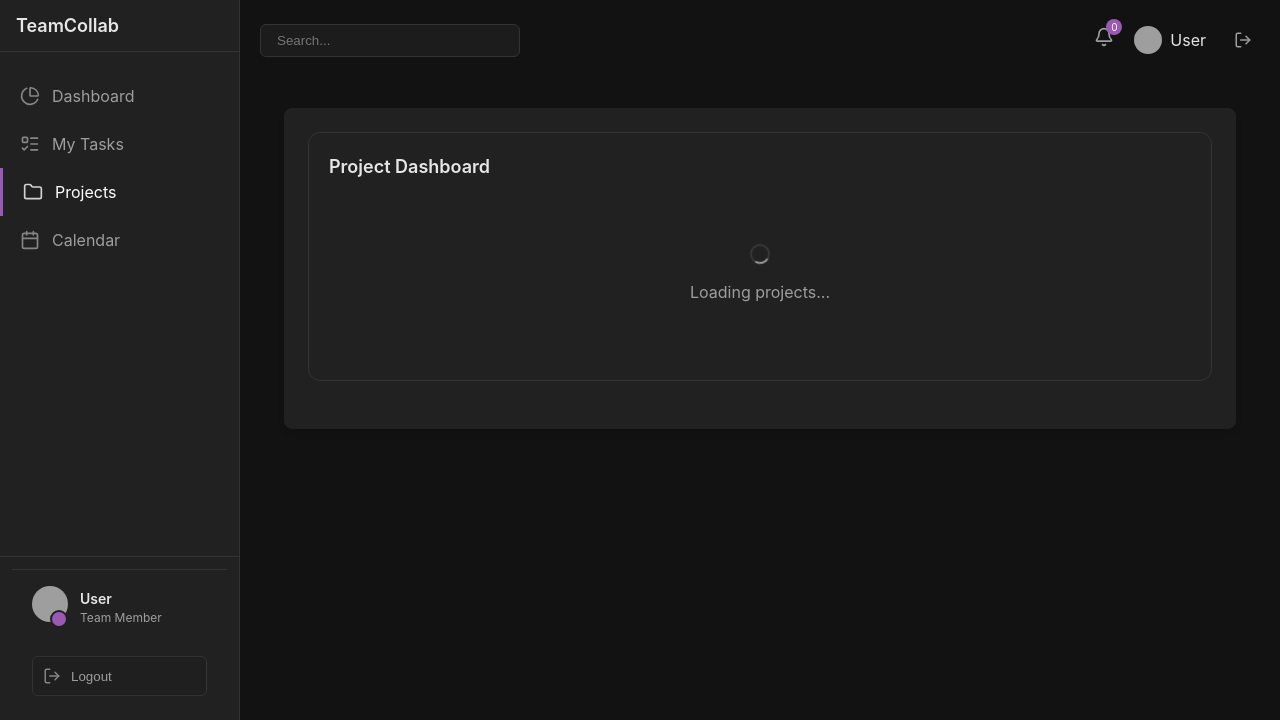
Repository: AnooshaaAli/TaskManagementAndTeamCollaborationTool
Page: /projects (app in frontend/)
The author's editor kept a copy of each file at every save. The page is drawn from the files as they stood at one save, then again after the next save.
The browser window is 1280 px wide. The pictures show the whole page.
Pictures or frames that could not be fetched are drawn as grey boxes. The page's requests for data from a server got no answer. The project was rebuilt for these pictures with package versions that can differ from the ones it lists, and the page was loaded fresh each time. No one was signed in, and anything a server would have sent is missing. Also part of the build but not shown: frontend/src/App.css, frontend/src/components/Button.jsx, frontend/src/components/Input.jsx, frontend/src/components/Rope.jsx, frontend/src/styles/logo.css, frontend/src/components/Logo.jsx, frontend/src/pages/LoginPage.jsx, frontend/src/pages/RegisterPage.jsx and 29 more.

Above is the page before, as saved 2025-04-27 23:43:54.

### frontend/src/pages/ProjectsPage.jsx
import React, { useState, useEffect } from 'react';
import { useNavigate } from 'react-router-dom';
import Card from '../components/Card';
import ProjectContainer from '../components/ProjectContainer';
import CalendarComponent from '../components/Calendar';
import "../styles/styles.css";
import "../styles/dashboard.css";
import "../styles/projects_container.css";
import "../styles/projects_page.css";
import { PieChart, ListTodo, Users, Folder, Calendar, Star, Bell, Activity, LogOut } from 'lucide-react';

const ProjectsPage = () => {
  const [userData, setUserData] = useState(null);
  const [loading, setLoading] = useState(true);
  const navigate = useNavigate();
  const [activeSidebarItem, setActiveSidebarItem] = useState('projects');

  useEffect(() => {
    const fetchUserData = async () => {
      try {
        const token = localStorage.getItem("jwtToken");
        const response = await fetch("http://localhost:8080/auth/user", {
          headers: { Authorization: `Bearer ${token}` }
        });
        const userData = await response.json();

        setTimeout(() => {
          setUserData(userData);
          setLoading(false);
        }, 500);
      } catch (error) {
        console.error("Error fetching user data:", error);
        setLoading(false);
      }
    };

    fetchUserData();
  }, []);

  const handleLogout = () => {
    localStorage.removeItem("jwtToken");
    window.location.href = "/login";
  };

  const handleNavigation = (path) => {
    navigate(path);
  };

  const navigateToCalendar = () => {
    setActiveSidebarItem('calendar');
  };

  if (loading) {
    return (
      <div className="dashboard-loading">
        <div className="loading-spinner"></div>
        <p>Loading your workspace...</p>
      </div>
    );
  }

  return (
    <div className="dashboard-container dark-theme">
      <div className="dashboard-sidebar">
        <div className="sidebar-header">
          <h2>TeamCollab</h2>
        </div>

        <nav className="sidebar-nav">
          <ul>
            <li
              className={activeSidebarItem === 'dashboard' ? 'active' : ''}
              onClick={() => setActiveSidebarItem('dashboard')}
              style={{ cursor: 'pointer' }}
            >
              <PieChart size={20} className="nav-icon" />
              <span>Dashboard</span>
            </li>
            <li
              className={activeSidebarItem === 'tasks' ? 'active' : ''}
              onClick={() => setActiveSidebarItem('tasks')}
              style={{ cursor: 'pointer' }}
            >
              <ListTodo size={20} className="nav-icon" />
              <span>My Tasks</span>
            </li>
            <li
              className={activeSidebarItem === 'projects' ? 'active' : ''}
              style={{ cursor: 'pointer' }}
            >
              <Folder size={20} className="nav-icon" />
              <span>Projects</span>
            </li>
            <li
              className={activeSidebarItem === 'calendar' ? 'active' : ''}
              onClick={navigateToCalendar}
              style={{ cursor: 'pointer' }}
            >
              <Calendar size={20} className="nav-icon" />
              <span>Calendar</span>
            </li>
          </ul>
        </nav>

        <div className="sidebar-footer">
          <div className="user-profile">
            <div className="avatar-container">
              <img src={userData?.avatar || "/default-avatar.png"} alt="Profile" className="avatar" />
              <div className="status-indicator online"></div>
            </div>
            <div className="user-info">
              <p className="user-name">{userData?.username || "User"}</p>
              <p className="user-role">{userData?.role || "Team Member"}</p>
            </div>
          </div>
          <button className="logout-button" onClick={handleLogout} aria-label="Logout">
            <LogOut size={18} className="logout-icon" />
            <span>Logout</span>
          </button>
        </div>
      </div>

      {/* Main Content */}
      <div className="dashboard-main">
        {/* Header */}
        <header className="dashboard-header">
          <div className="header-search">
            <input type="text" placeholder="Search..." />
          </div>
          <div className="header-actions">
            <div className="notification-bell">
              <Bell size={20} />
              <span className="notification-count">0</span>
            </div>
            <div className="user-dropdown">
              <img src={userData?.avatar || "/default-avatar.png"} alt="Profile" className="avatar-small" />
              <span>{userData?.username || "User"}</span>
            </div>
            <button className="header-logout-button" onClick={handleLogout}>
              <LogOut size={18} />
            </button>
          </div>
        </header>

        {/* Projects Page Content */}
        <div className="projects-page-content">
          <div className="projects-content">
            <Card className="projects-card full-width">
              <div className="project-container-wrapper">
                <ProjectContainer userID={userData?.userID} />
              </div>
            </Card>
          </div>
        </div>

        {activeSidebarItem === 'calendar' && (
          <Card className="calendar-card">
            <div className="card-header">
              <h3>Calendar</h3>
            </div>
            <CalendarComponent />
          </Card>
        )}

      </div>
    </div>
  );
};

export default ProjectsPage;

### frontend/src/components/Card.jsx
// Card.jsx
import React from 'react';
import "../styles/styles.css";

const Card = ({ children, className = "" }) => {
  return (
    <div className={`card ${className}`}>
      {children}
    </div>
  );
};

export default Card;

### frontend/src/styles/styles.css
/* Base styles */
:root {
    --bg-primary: #121418;
    --bg-card: #1E2126;
    --bg-input: #2C3038;
    --text-primary: #D1D5DB;
    --text-secondary: #9CA3AF;
    --border-color: #4B5563;
    --primary-color: #9b59b6;
    --primary-hover: #a66bbe;
    --danger-color: #EF4444;
    --danger-hover: #DC2626;
    --link-color: #60A5FA;
    --focus-ring: #3B82F6;
  }

  * {
    box-sizing: border-box;
    margin: 0;
    padding: 0;
  }

  body {
    font-family: 'Inter', system-ui, -apple-system, BlinkMacSystemFont, 'Segoe UI', Roboto, sans-serif;
    background-color: var(--bg-primary);
    color: var(--text-primary);
    line-height: 1.5;
  }

  /* Button component styles */
  .btn {
    padding: 8px 16px;
    border-radius: 4px;
    font-weight: 500;
    cursor: pointer;
    border: none;
    transition: background-color 0.2s;
  }

  .btn-primary {
    background-color: var(--btn-primary-color);
    color: white;
  }

  .btn-primary:hover {
    background-color: var(--btn-primary-hover);
  }

  .btn-secondary {
    background-color: var(--bg-input);
    color: white;
  }

  .btn-secondary:hover {
    background-color: var(--border-color);
  }

  .btn-danger {
    background-color: var(--danger-color);
    color: white;
  }

  .btn-danger:hover {
    background-color: var(--danger-hover);
  }

  .btn-delete {
    color: var(--danger-color, #ef4444); /* red-500 */
    border: 1px solid var(--border-color);
    display: flex;
    align-items: center;
    justify-content: center;
    position: relative;
    font-size: 0.75rem;
    background-color: transparent;
    padding-top: 0.25rem;
    border-radius: 1rem;
  }

  .btn-delete:hover {
    background-color: rgba(239, 68, 68, 0.1);
  }

  .btn-add-task {
    color: white;
    border: 1px solid var(--border-color);
    display: flex;
    align-items: center;
    justify-content: center;
    position: relative;
    font-size: 0.75rem;
    background-color: var(--btn-primary-color);
    padding-top: 0.25rem;
  }

  .btn-add-task:hover {
    background-color: var(--btn-primary-hover);
  }

  .btn-add-list{
    color: white;
    border: 1px solid var(--border-color);
    display: flex;
    align-items: center;
    justify-content: center;
    position: relative;
    font-size: 0.75rem;
    background-color: var(--btn-primary-color);
  }

  .btn-add-list:hover {
    background-color: var(--btn-primary-hover);
  }

  .btn-transparent {
    background-color: transparent;
    color: var(--text-secondary);
    border: 1px solid var(--border-color);
  }

  .btn-transparent:hover {
    background-color: var(--bg-input);
  }

  .btn-full-width {
    width: 100%;
  }

  /* Card component styles */
  .card {
    background-color: var(--bg-card);
    border-radius: 8px;
    box-shadow: 0 4px 6px rgba(0, 0, 0, 0.1);
    padding: 24px;
  }

  /* Input component styles */
  .form-group {
    margin-bottom: 16px;
  }

  .form-label {
    display: block;
    color: var(--text-primary);
    margin-bottom: 8px;
  }

  .form-input {
    width: 100%;
    background-color: var(--bg-input);
    color: white;
    border: 1px solid var(--border-color);
    border-radius: 4px;
    padding: 8px 12px;
    font-size: 16px;
  }

  .form-input:focus {
    outline: none;
    border-color: transparent;
    box-shadow: 0 0 0 2px var(--focus-ring);
  }

  .error-text {
    color: var(--danger-color);
    font-size: 14px;
    margin-top: 4px;
  }

  .required {
    color: var(--danger-color);
  }

  /* Register page styles */
  .register-container {
    min-height: 100vh;
    display: flex;
    align-items: center;
    justify-content: center;
    padding: 16px;
  }

  .register-wrapper {
    margin-top: 50px;
    max-width: 450px;
    width: 100%;
    position: relative;
    z-index: 5;
  }

  .register-header {
    text-align: center;
    margin-bottom: 32px;
  }

  .register-title {
    font-size: 24px;
    font-weight: bold;
    color: white;
    margin-top: 24px;
    margin-bottom: 8px;
  }

  .register-subtitle {
    color: var(--text-secondary);
  }

  .form-footer {
    margin-top: 16px;
    text-align: center;
    color: var(--text-secondary);
  }

  .form-link {
    color: var(--link-color);
    text-decoration: none;
  }

  .form-link:hover {
    text-decoration: underline;
  }

  .logo-container {
    display: flex;
    flex-direction: column;
    align-items: center;
    justify-content: center;
    width: 100%;
    height: 15%;
    position: absolute;
    top: 15px;
    left: 50%;
    transform: translateX(-50%);
    z-index: 10;
  }

  /* Calendar Styles */
.calendar-card {
  width: 100%;
  margin-top: 20px;
}

.calendar-container {
  width: 100%;
  padding: 15px;
  background-color: var(--card-bg);
  border-radius: 8px;
}

.calendar-header {
  display: flex;
  justify-content: space-between;
  align-items: center;
  margin-bottom: 20px;
}

.calendar-header h2 {
  font-size: 18px;
  font-weight: 600;
  color: var(--text-primary);
  margin: 0;
}

.calendar-nav-btn {
  background: var(--button-bg);
  color: var(--text-primary);
  border: 1px solid var(--border-color);
  border-radius: 4px;
  width: 30px;
  height: 30px;
  display: flex;
  align-items: center;
  justify-content: center;
  cursor: pointer;
  transition: all 0.2s ease;
}

.calendar-nav-btn:hover {
  background: var(--button-hover-bg);
}

.calendar-grid {
  width: 100%;
}

.calendar-days-header {
  display: grid;
  grid-template-columns: repeat(7, 1fr);
  gap: 2px;
  margin-bottom: 10px;
}

.calendar-day-name {
  text-align: center;
  font-size: 14px;
  font-weight: 500;
  color: var(--text-secondary);
  padding: 8px 0;
}

.calendar-days {
  display: grid;
  grid-template-columns: repeat(7, 1fr);
  gap: 2px;
}

.calendar-day {
  aspect-ratio: 1/1;
  display: flex;
  align-items: center;
  justify-content: center;
  font-size: 14px;
  border: 1px solid var(--border-color);
  border-radius: 4px;
  color: var(--text-primary);
  cursor: pointer;
  transition: all 0.2s ease;
}

.calendar-day:hover:not(.empty-day) {
  background-color: var(--hover-bg);
}

.calendar-day.empty-day {
  background-color: var(--disabled-bg);
  border: 1px solid var(--border-color-light);
  cursor: default;
}

.calendar-day.today {
  background-color: var(--primary-color-light);
  color: var(--primary-color);
  font-weight: 600;
  border: 2px solid var(--primary-color);
}

/* Responsive styles */
@media (max-width: 768px) {
  .calendar-day-name {
    font-size: 12px;
  }

  .calendar-day {
    font-size: 12px;
  }

  .calendar-header h2 {
    font-size: 16px;
  }
}

/* Events styling - for future enhancement */
.calendar-day .event-dot {
  width: 6px;
  height: 6px;
  background-color: var(--primary-color);
  border-radius: 50%;
  position: absolute;
  bottom: 4px;
}

### frontend/src/components/ProjectContainer.jsx
import React, { useState, useEffect } from "react";
import ProjectPreview from "./ProjectPreview.jsx";
import Project from "./Project.jsx";
import CreateProject from "./CreateProject.jsx";
import { FolderPlus, ListFilter, ArrowLeft } from 'lucide-react';

const ProjectContainer = ({ userID }) => {
    const [projects, setProjects] = useState([]);
    const [selectedProject, setSelectedProject] = useState(null);
    const [isLoading, setIsLoading] = useState(true);
    const [filter, setFilter] = useState("all");

    useEffect(() => {
        if (!userID) return;
        fetchProjects();
    }, [userID]);

    const fetchProjects = () => {
        setIsLoading(true);
        const token = localStorage.getItem("jwtToken");
        console.log("user id: " + userID)

        fetch("http://localhost:8080/projects/user/" + userID, {
            method: "GET",
            headers: {
                "Authorization": `Bearer ${token}`,
                "Content-Type": "application/json"
            }
        })
            .then(async response => {
                if (!response.ok) {
                    throw new Error(`HTTP error! Status: ${response.status}`);
                }

                const text = await response.text();
                const data = text ? JSON.parse(text) : {};

                console.log("Fetched projects:", data);
                setProjects(Object.values(data));
                setIsLoading(false);
            })
            .catch(error => {
                console.error("Error fetching projects:", error);
                setIsLoading(false);
            });
    };

    const addProject = (newProject) => {
        setProjects(prev => [...prev, newProject]);
    };

    const handleBackToProjects = () => {
        setSelectedProject(null);
        fetchProjects();
    };

    const filteredProjects = projects;

    return (
        <div data-testid="project-container" className="projects-container">
            <div className="card-header">
                <h3>Project Dashboard</h3>
            </div>

            {selectedProject ? (
                <div>
                    <button
                        className="back-button"
                        onClick={handleBackToProjects}
                    >
                        <ArrowLeft size={16} />
                        <span>Back to Projects</span>
                    </button>
                    <Project id={selectedProject} />
                </div>
            ) : (
                <div>
                    {isLoading ? (
                        <div className="empty-state">
                            <div className="loading-spinner"></div>
                            <p>Loading projects...</p>
                        </div>
                    ) : projects.length === 0 ? (
                        <div className="empty-state">
                            <CreateProject userID={userID} onProjectCreated={addProject} />
                        </div>
                    ) : (
                        <div className="projects-grid">
                            {filteredProjects.map((project) => (
                                <ProjectPreview
                                    key={project.projectID}
                                    id={project.projectID}
                                    name={project.name}
                                    onSelect={setSelectedProject}
                                    description={project.description}
                                />
                            ))}
                            <CreateProject userID={userID} onProjectCreated={addProject} />
                        </div>
                    )}
                </div>
            )}
        </div>
    );
};

export default ProjectContainer;

### frontend/src/styles/projects_page.css
.projects-page-content {
    padding: 1.5rem;
  }

  .page-header {
    display: flex;
    justify-content: space-between;
    align-items: center;
    margin-bottom: 1.5rem;
  }

  .projects-content {
    display: flex;
    flex-direction: column;
    gap: 1.5rem;
  }

  .full-width {
    width: 100%;
  }

  .sidebar-nav li {
    cursor: pointer;
    transition: background-color 0.2s;
  }

  .sidebar-nav li:hover {
    background-color: rgba(255, 255, 255, 0.1);
  }

### frontend/src/styles/task-item.css
.task-item {
    display: flex;
    justify-content: space-between;
    align-items: center;
    padding: 0.75rem;
    background-color: rgba(255, 255, 255, 0.05);
    border-radius: 6px;
    border-left: 3px solid var(--primary-color);
    transition: all 0.2s ease;
  }

  .task-item:hover {
    background-color: rgba(255, 255, 255, 0.08);
  }

  .task-item.completed {
    border-left-color: var(--success-color, #10b981);
    opacity: 0.75;
  }

  .task-content {
    display: flex;
    align-items: flex-start;
    gap: 0.75rem;
    width: 100%;
  }

  .status-indicator {
    display: flex;
    align-items: center;
    justify-content: center;
    width: 18px;
    height: 18px;
    border-radius: 50%;
    background-color: rgba(255, 255, 255, 0.1);
  }

  .status-indicator.status-completed {
    background-color: var(--success-color, #10b981);
    color: white;
  }

  .status-indicator.status-progress {
    background-color: var(--warning-color, #f59e0b);
  }

  .status-indicator.status-todo {
    background-color: var(--info-color, #3b82f6);
  }

  .task-details {
    display: flex;
    flex-direction: column;
    gap: 0.25rem;
  }

  .task-title {
    margin: 0;
    font-size: 0.875rem;
    font-weight: 500;
    color: var(--text-primary, #ffffff);
  }

  .completed .task-title {
    text-decoration: line-through;
  }

  .task-deadline {
    display: flex;
    align-items: center;
    gap: 0.25rem;
    font-size: 0.75rem;
    color: var(--text-secondary, rgba(255, 255, 255, 0.7));
  }

  .task-actions {
    display: flex;
    gap: 0.25rem;
    opacity: 0.5;
    transition: opacity 0.2s ease;
  }

  .task-item:hover .task-actions {
    opacity: 1;
  }

  .task-action-btn {
    display: flex;
    align-items: center;
    justify-content: center;
    background: transparent;
    border: none;
    color: var(--text-secondary, rgba(255, 255, 255, 0.7));
    cursor: pointer;
    padding: 0.25rem;
    border-radius: 4px;
    transition: all 0.2s ease;
  }

  .task-action-btn:hover {
    background-color: rgba(255, 255, 255, 0.1);
  }

  .task-action-btn.edit:hover {
    color: var(--warning-color, #f59e0b);
  }

  .task-action-btn.delete:hover {
    color: var(--error-color, #ef4444);
  }

  .task-action-btn.save:hover {
    color: var(--success-color, #10b981);
  }

  .task-action-btn.assign:hover:hover {
    color: var(--success-color, #10b981);
  }

  /* Edit mode styles */
  .task-edit-form {
    width: 100%;
    display: flex;
    flex-direction: column;
    gap: 0.5rem;
  }

  .task-edit-input {
    width: 100%;
    background-color: rgba(255, 255, 255, 0.1);
    border: none;
    border-radius: 4px;
    padding: 0.5rem;
    color: var(--text-primary, #ffffff);
    font-size: 0.875rem;
  }

  .task-edit-controls {
    display: flex;
    align-items: center;
    gap: 0.5rem;
    flex-wrap: wrap;
  }

  .task-status-select {
    background-color: rgba(255, 255, 255, 0.1);
    border: none;
    border-radius: 4px;
    padding: 0.25rem 0.5rem;
    color: var(--text-primary, #ffffff);
    font-size: 0.75rem;
  }

  .task-date-input {
    background-color: rgba(255, 255, 255, 0.1);
    border: none;
    border-radius: 4px;
    padding: 0.25rem 0.5rem;
    color: var(--text-primary, #ffffff);
    font-size: 0.75rem;
    color-scheme: dark;
  }

  .task-edit-actions {
    display: flex;
    gap: 0.25rem;
    margin-left: auto;
  }

/* Assign Task Component Styles */

.form-container {
  background: #f8f9fa;
  padding: 20px;
  border-radius: 8px;
  box-shadow: 0 4px 6px rgba(0, 0, 0, 0.1);
  width: 300px;
  text-align: center;
  margin: auto;
}

.input-field {
  width: 100%;
  padding: 10px;
  margin-top: 10px;
  border: 1px solid #ccc;
  border-radius: 5px;
}

.button {
  background-color: #007bff;
  color: white;
  border: none;
  padding: 10px 15px;
  border-radius: 5px;
  cursor: pointer;
  margin-top: 10px;
  transition: 0.3s;
}

.button:hover {
  background-color: #0056b3;
}

.message {
  margin-top: 10px;
  font-weight: bold;
  color: green;
}

.error {
  color: red;
}

/* Add these to your existing CSS */
.task-action-btn.assign:hover {
  color: var(--primary-color, #6366f1);
}

/* Error message styling */
.modal-body p.error-message {
  background-color: rgba(239, 68, 68, 0.2);
  color: #ef4444;
  border: 1px solid rgba(239, 68, 68, 0.3);
}

/* Success message styling */
.modal-body p.success-message {
  background-color: rgba(16, 185, 129, 0.2);
  color: #10b981;
  border: 1px solid rgba(16, 185, 129, 0.3);
}

.modal-title {
  display: flex;
  flex-direction: column;
  gap: 0.5rem;
}

.task-title-badge {
  display: inline-block;
  background-color: rgba(99, 102, 241, 0.15);
  color: #a5b4fc;
  font-size: 0.85rem;
  padding: 0.25rem 0.75rem;
  border-radius: 999px;
  max-width: 300px;
  overflow: hidden;
  text-overflow: ellipsis;
  white-space: nowrap;
}

Loaded but not shown: frontend/public/index.html (common file); frontend/src/index.js (common file); frontend/src/index.css (common file); frontend/src/reportWebVitals.js (common file); frontend/src/App.js (22 lines, source omitted); frontend/src/styles/project.css (714 lines, source omitted); frontend/src/styles/dashboard.css (673 lines, source omitted); frontend/src/styles/projects_container.css (553 lines, source omitted); frontend/src/styles/file.css (492 lines, source omitted)

After the next save:
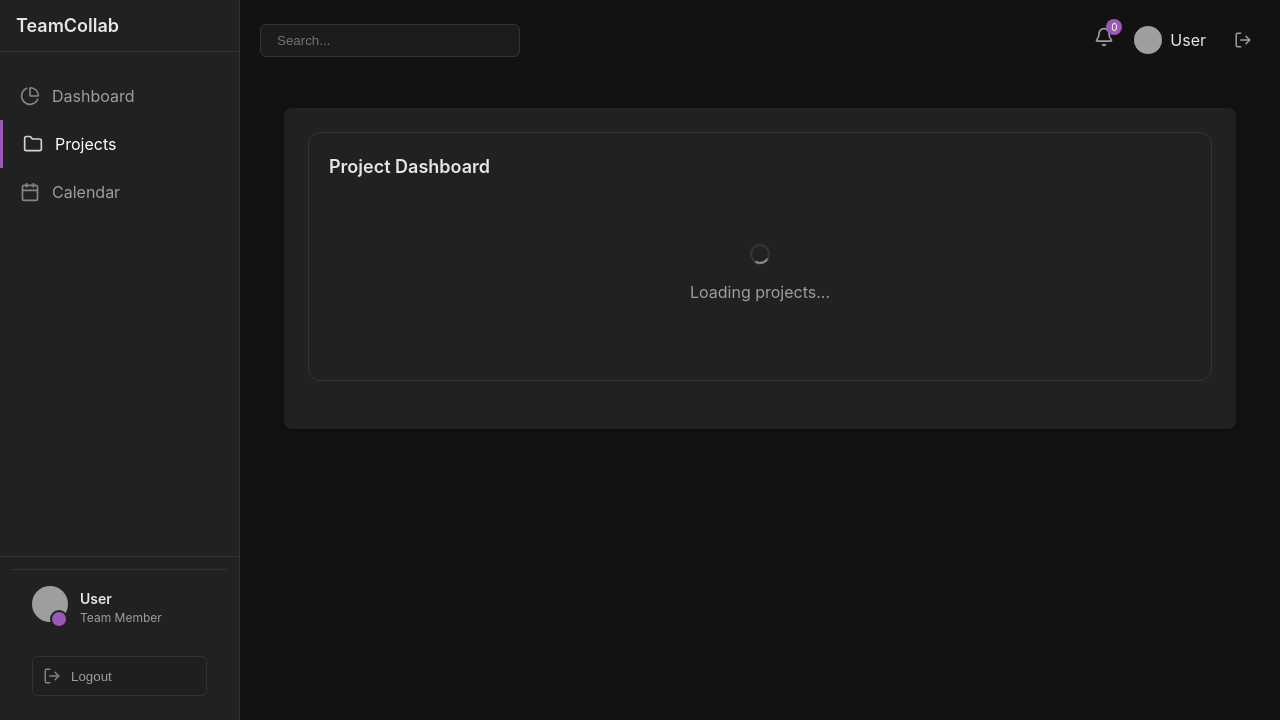
Saved 48 s later.
--- a/frontend/src/pages/ProjectsPage.jsx
+++ b/frontend/src/pages/ProjectsPage.jsx
@@ -75,14 +75,6 @@
             >
               <PieChart size={20} className="nav-icon" />
               <span>Dashboard</span>
-            </li>
-            <li
-              className={activeSidebarItem === 'tasks' ? 'active' : ''}
-              onClick={() => setActiveSidebarItem('tasks')}
-              style={{ cursor: 'pointer' }}
-            >
-              <ListTodo size={20} className="nav-icon" />
-              <span>My Tasks</span>
             </li>
             <li
               className={activeSidebarItem === 'projects' ? 'active' : ''}
